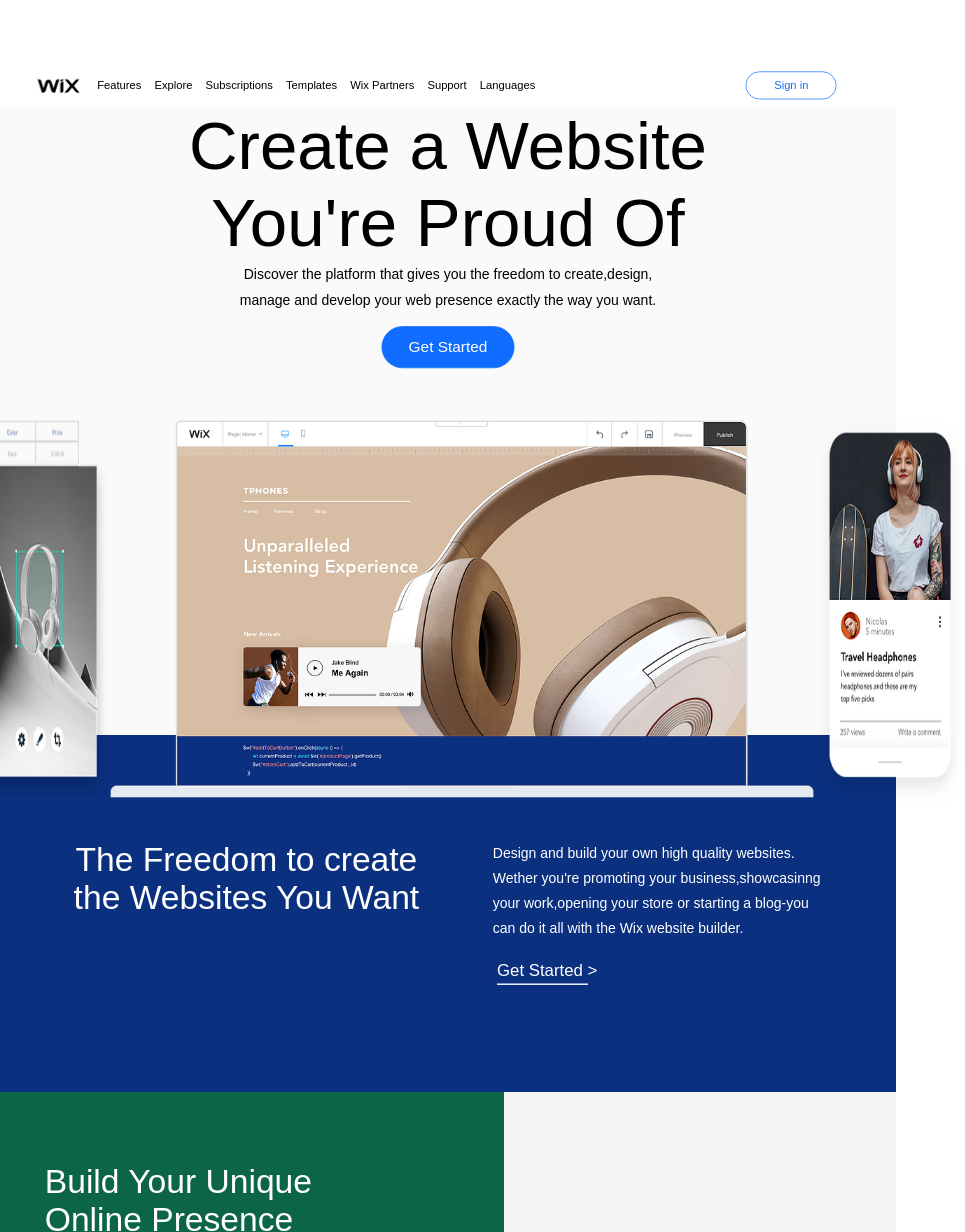
Repository: ClaraChaouat/Wix-web-page-layout-replication
Page: index.html
An editor plug-in stored every save of this project. The page is shown before and after the next save, followed by the edit.
The browser window is 1280 px wide. The page is 1379 px wide, so the pictures cover 1379 px, including what lies to the right of the window. The pictures show the part of the page from y = 0 to 1760 px (the page is 3155 px tall), at 70% of full size.

Above is the page before, as saved 2022-07-20 09:57:33.

### index.html
<!DOCTYPE html>
<html lang="en">

<head>
    <meta charset="UTF-8">
    <meta name="viewport" content="width=device-width, initial-scale=1.0">
    <title>Document</title>
    <link href="style.css" rel="stylesheet" />
</head>

<body>
    <div class="navbar-container">

        <ul class="navbar">
            <li class="nav-item"><a href="#"><img src="../images/WixLogo.png" alt="WixLogo" width="72" height="28"></a>
            </li>
            <li class="nav-item"><a href="#">Features</a></li>
            <li class="nav-item"><a href="#">Explore</a></li>
            <li class="nav-item dropdown"><a href="#">Subscriptions</a>
            </li>
            <li class="nav-item"><a href="#">Templates</a></li>
            <li class="nav-item"><a href="#">Wix Partners</a></li>
            <li class="nav-item"><a href="#">Support</a></li>
            <li class="nav-item"><a href="#">Languages</a></li>
            <button class="SignIn Btn" type="button">Sign in</button>
        </ul>
    </div>
    <div class="main-container">
        <span class="main-title">Create a Website <br />You're Proud Of</span>

        <span class="subtitle">Discover the platform that gives you the freedom to create,design, <br />manage and
            develop your web presence exactly the way you want. </span>
        <button class="get-started Btn" type="button">Get Started</button>
        <div class="banner">
            <img class="leftImage" src="../images/leftImage.webp" alt="headphones-img">
            <img class="middleImage" src="../images/middleImage.webp" alt="headphone-white-version-img">
            <img class="rightImage" src="../images/RightImage.webp" alt="headphone-user">
        </div>
        <div class="overlayed-blue-section">
        </div>
        <div class="blue-section">
            <div class=mid-blue-section1>
                <div class="mid-blue-section1-text">
                    <p>The Freedom to create<br> the Websites You Want</p>
                </div>
            </div>

            <div class="mid-blue-section2">
                <div class="mid-blue-section2-text">
                    <p>Design and build your own high quality websites.<br>
                        Wether you're promoting your business,showcasinng<br>
                        your work,opening your store or starting a blog-you<br>
                        can do it all with the Wix website builder.</p>
                </div>
                <div class="blue-section-btn">
                    <button class="get-started-btn-blue-section" type="button">Get Started ></button>
                </div>
            </div>
        </div>
        <div class="green-section">
            <div class="mid-green-section">
                <div class="sub-section1">
                    <div class="sub-section1-title">
                        <span class="title"> Build Your Unique<br>Online Presence</span>
                        <span class="subtitle">To create your own website,follow this steps:</span>
                    </div>

                </div>
                <div class="sub-section2">
                    <div class="sub-section2-left">
                        <h3>Customize your site</h3>
                        <p>Pick a template and customize <br>anything,or answer a few questions and gets a free website
                            designed just for you</p>

                    </div>
                    <div class="sub-section2-right">
                        <h3>Add advanced features</h3>
                        <p>Start you own blog, add online<br> store and accept bookings online.<br>You can always add
                            more features<br> as you grow</p>
                    </div>

                </div>
                <div class="sub-section3">
                    <div class="sub-section3-left">
                        <h3>Edit your mobile view</h3>
                        <p>Check out the mobile-optimized version of your site.Switch to <br> Mobile Editor to
                            personalize <br> it even more.</p>
                    </div>
                    <div class="sub-section3-right">
                        <h3>Optimize for search engines</h3>
                        <p>Answer a few questions about your website, location and keywords and get a personalized SEO
                            plan to get found online.</p>
                    </div>

                </div>
                <div class="start-btn">
                    <button class="start-now-btn" type="button">Start Now ></button>
                </div>
            </div>
            <div class="mid-white-section">
                <img class="mid-section-white-img" src="../images/branding-studio.webp" alt="creative branding studio">
            </div>
        </div>
        <div class="white-section">
            <div class="white-section-pic">
                <img class="white-section-image" src="../images/white-section-image.webp" alt="stylish black woman">
            </div>
            <div class=white-section-text>
                <h2>Wix Editor<br>Total Design Freedom</h2>
                <p>Start from scratch or choose from over 500 designer-made templates to make your own website. With the
                    world's most innovative drag<br> and drop website builder,you can customize or change anything. Make
                    your site come to life with video backgrounds,scroll effects and animation.<br>With the Wix editor,
                    you can create your own professional website that looks stunning.</p>
                <div class="get-started-white-section-btn">
                    <button class="get-started-ws-btn" type="button">Get Started ></button>
                </div>
            </div>
        </div>
    <div/>

</body>

</html>

### style.css
* {
	box-sizing: border-box;
}
body {
	margin: 0;
	padding: 0;
	border: 0;
	outline: 0;
	background: 0 0;
	overflow-x: hidden;
	overflow-y: scroll;
	height: 100%;
	font-size: 10px;
	font-family: Arial, Helvetica, sans-serif;
	display: flexbox;
	width: auto;
}
.navbar {
	background: 0 0;
	height: 134px;
	position: relative;
	width: 100%;
	top: 0;
}

.nav-item {
	color: black;
	display: inline-block;
	font-weight: normal;
	text-decoration: none;
	padding: 8px;
	line-height: 48px;
	font-size: 16px;
	margin-top: 80px;
	/*border: 1px solid blue;*/
}

a {
	color: black;
	text-decoration: none;
}

img {
	vertical-align: middle;
}

button.SignIn.Btn {
	background-color: transparent;
	font-size: 16px;
	color: #116dff;
	width: 130px;
	height: 40px;
	border: 1px solid rgba(17, 109, 255, 1);
	cursor: pointer !important;
	text-align: center;
	white-space: nowrap;
	display: inline-block;
	align-items: flex-end;
	margin-left: 290px;
	border-radius: 38px 38px 38px 38px;
	transition: border-color 0.4s ease 0s background color 0.4s ease 0s;
}

button.SignIn.Btn:hover {
	background-color: rgba(17, 109, 255, 1);
	color: white;
}

.main-container {
	width: auto;
	top: 0;
	bottom: 0;
	height: auto;
	text-align: center;
	background-color: #fafafa;
}

.main-title {
	font-size: 96px;
	color: black;
	margin: 0 auto;
	display: block;
}

.subtitle {
	font-size: 20px;
	letter-spacing: 0em;
	line-height: 1.8em;
	display: block;
}

button.get-started.Btn {
	background-color: #116dff;
	color: #ffffff;
	display: block;
	font-size: 22px;
	width: 190px;
	height: 60px;
	border: solid rgba(17, 109, 255, 1) 1px;
	cursor: pointer !important;
	margin-bottom: 50px;
	display: inline-block;
	border-radius: 38px 38px 38px 38px;
	margin-top: 20px;
	margin-bottom: 75px;
}

button.get-started.Btn:hover {
	background-color: rgba(15, 107, 255, 0.9);
	color: #ffffff;
}
.banner {
	display: flex;
	justify-content: center;
}

img.left-image {
	margin-left: -30px;
	float: left;
	object-fit: cover;
	width: 254px;
	height: 271px;
	margin-top: 100px;
}

img.middle-image {
	object-fit: cover;
	font-size: 0;
	margin-left: -190px;
	margin-right: -75px;
	width: auto;
	height: 100%;
	object-fit: cover;
	/*background-color: royalblue;*/
	margin-left: -80px;
}

img.right-image {
	float: right;
	object-fit: cover;
	/*background-color: red;*/
	width: 215px;
	height: 386px;
}

img.right-image {
	margin-left: -30px;
	margin-top: 30px;
}

.overlayed-blue-section {
	background-color: #0b3080;
	height: 100px;
	margin-top: -100px;
}

.blue-section {
	background-color: #0b3080;
	height: 420px;
	margin-top: -10px;
	display: flex;
}

.mid-blue-section1 {
	background-color: #0b3080;
	width: 55%;
	color: #ffffff;
	font-size: 48px;
	justify-content: center;
}

.mid-blue-section2 {
	background-color: #0b3080;
	width: 45%;
	justify-content: center;
}

.mid-blue-section1-text {
	margin-top: 60px;
	color: #ffffff;
}

.mid-blue-section2-text {
	font-size: 20px;
	line-height: 1.8em;
	color: #ffffff;
	margin-top: 60px;
	justify-content: center;
	text-align: start;
}

.blue-section-btn {
	text-align: left;
	margin-top: 25px;
}

button.get-started-btn-blue-section {
	background-color: #0b3080;
	color: #ffffff;
	font-size: 24px;
	font-style: normal;
	font-weight: 400;
	width: 165px;
	height: 40px;
	cursor: pointer;
	text-align: left;
	border: none;
}

button.get-started-btn-blue-section:after {
	content: "";
	display: block;
	width: 85%;
	padding-top: 5px;
	border-bottom: 2px solid #ffffff;
}

.green-section {
	background-color: #0c6645;
	height: 800px;
	display: flex;
}

.mid-green-section {
	background-color: #0c6645;
	width: 55%;
	margin-left: 5%;
	margin-right: 5%;
}

.mid-white-section {
	background-color: #f5f5f5;
	width: 45%;
}

img.mid-section-white-img {
	margin-top: 230px;
}
.sub-section1 {
	background-color: #0c6645;
	height: 290px;
	display: flex;
}

.sub-section2 {
	background-color: #0c6645;
	height: 190px;
	display: flex;
}

.sub-section3 {
	background-color: #0c6645;
	height: 150px;
	display: flex;
}

.sub-section1-title {
	font-size: 48px;
	color: #ffffff;
	text-align: left;
	margin-left: 0;
	margin-top: 100px;
}

span.subtitle {
	font-size: 20px;
}

.sub-section2-left {
	width: 45%;
	border-top: 1px solid #ffffff;
	border-bottom: 1px solid #ffffff;
	text-align: left;
	margin-right: 15px;
}

.sub-section2-right {
	width: 55%;
	border-top: 1px solid #ffffff;
	border-bottom: 1px solid #ffffff;
	text-align: left;
	margin-left: 5px;
}

.sub-section2-left h3 {
	font-size: 20px;
	line-height: 1.7em;
	margin-bottom: 0;
	color: #ffffff;
}
.sub-section2-left p {
	font-size: 16px;
	margin-top: 2px;
	color: #ffffff;
	padding-bottom: 50px;
}
.sub-section2-right h3 {
	font-size: 20px;
	line-height: 1.7em;
	margin-bottom: 0;
	color: #ffffff;
}
.sub-section2-right p {
	font-size: 16px;
	margin-top: 2px;
	color: #ffffff;
}
.sub-section3-left {
	width: 45%;
	border-top: 0.5px solid #ffffff;
	text-align: left;
	margin-right: 15px;
}

.sub-section3-right {
	width: 55%;
	border-top: 0.5px solid #ffffff;
	text-align: left;
	margin-left: 5px;
}

.sub-section3-left h3 {
	font-size: 20px;
	line-height: 1.7em;
	margin-bottom: 0;
	color: #ffffff;
}
.sub-section3-left p {
	font-size: 16px;
	margin-top: 2px;
	color: #ffffff;
	padding-bottom: 50px;
}
.sub-section3-right h3 {
	font-size: 20px;
	line-height: 1.7em;
	margin-bottom: 0;
	color: #ffffff;
}
.sub-section3-right p {
	font-size: 16px;
	margin-top: 2px;
	color: #ffffff;
}

.start-btn {
	text-align: left;
	margin-top: 50px;
}

button.start-now-btn {
	background-color: #0c6645;
	color: #ffffff;
	font-size: 24px;
	font-style: normal;
	font-weight: 400;
	width: 140px;
	height: 40px;
	cursor: pointer;
	text-align: left;
	border: none;
}

button.start-now-btn:after {
	content: "";
	display: block;
	width: 85%;
	padding-top: 5px;
	border-bottom: 2px solid #ffffff;
}

.white-section {
	margin-top: 70px;
	height: fit-content;
	margin-bottom: 60px;
}

.white-section-pic {
	display: inline-block;
	vertical-align: top;
}

.white-section-text {
	display: inline-block;
	width: 480px;
	margin-left: 20px;
}

.white-section-text h2 {
	font-size: 46px;
	line-height: 1.2em;
	text-align: left;
}

.white-section-text p {
	font-size: 21px;
	line-height: 1.2em;
	text-align: left;
}

.get-started-white-section-btn {
	text-align: left;
	margin-top: 30px;
}

button.get-started-ws-btn {
	background-color: transparent;
	color: black;
	font-size: 20px;
	font-style: normal;
	font-weight: 400;
	width: 160px;
	height: 40px;
	cursor: pointer;
	text-align: left;
	border: none;
	margin-top: 120px;
}

button.get-started-ws-btn:after {
	content: "";
	display: block;
	width: 72%;
	padding-top: 5px;
	border-bottom: 2px solid black;
}

After the next save:
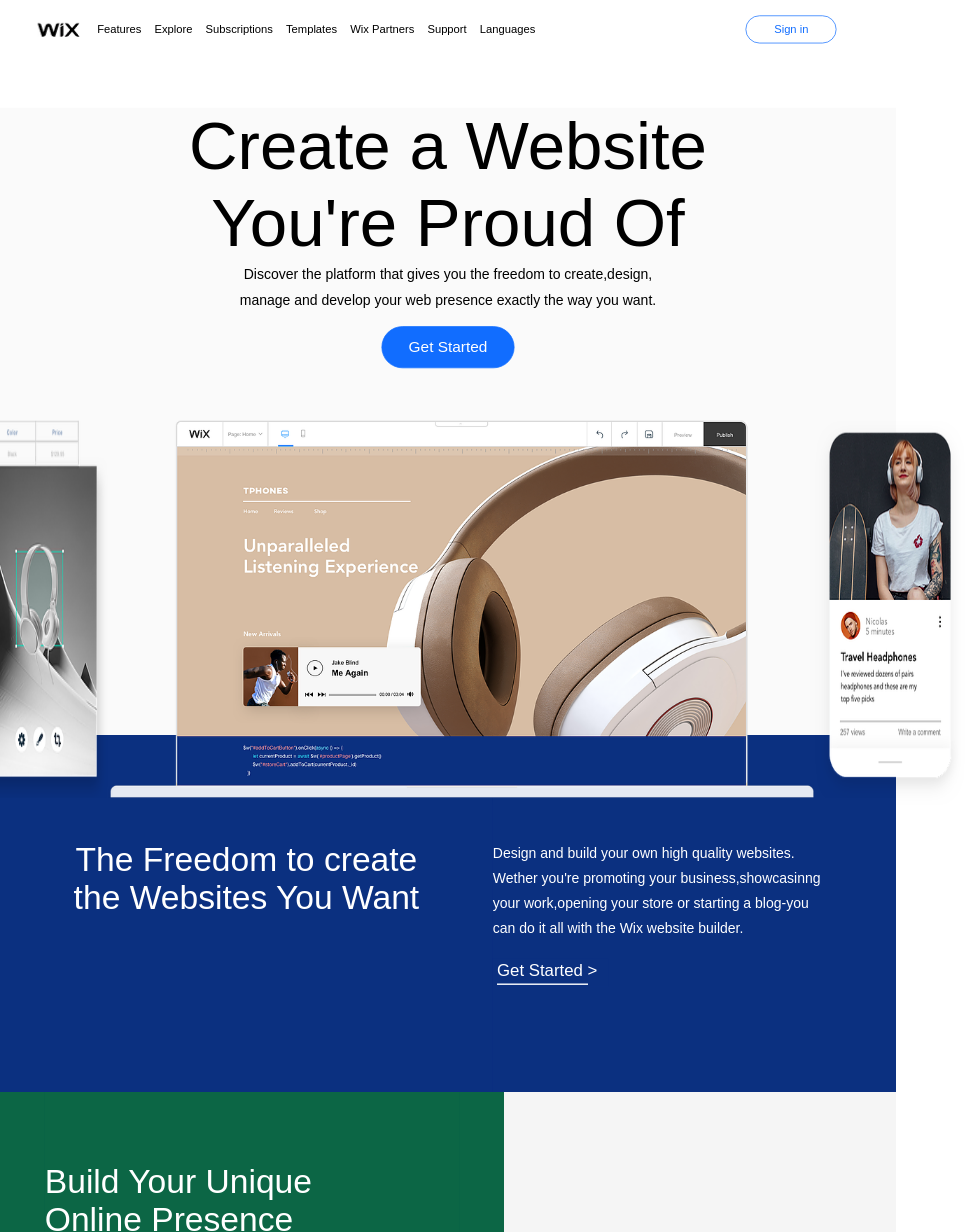
Saved 3 min 7 s later.
--- a/style.css
+++ b/style.css
@@ -31,8 +31,7 @@
 	padding: 8px;
 	line-height: 48px;
 	font-size: 16px;
-	margin-top: 80px;
-	/*border: 1px solid blue;*/
+
 }
 
 a {
